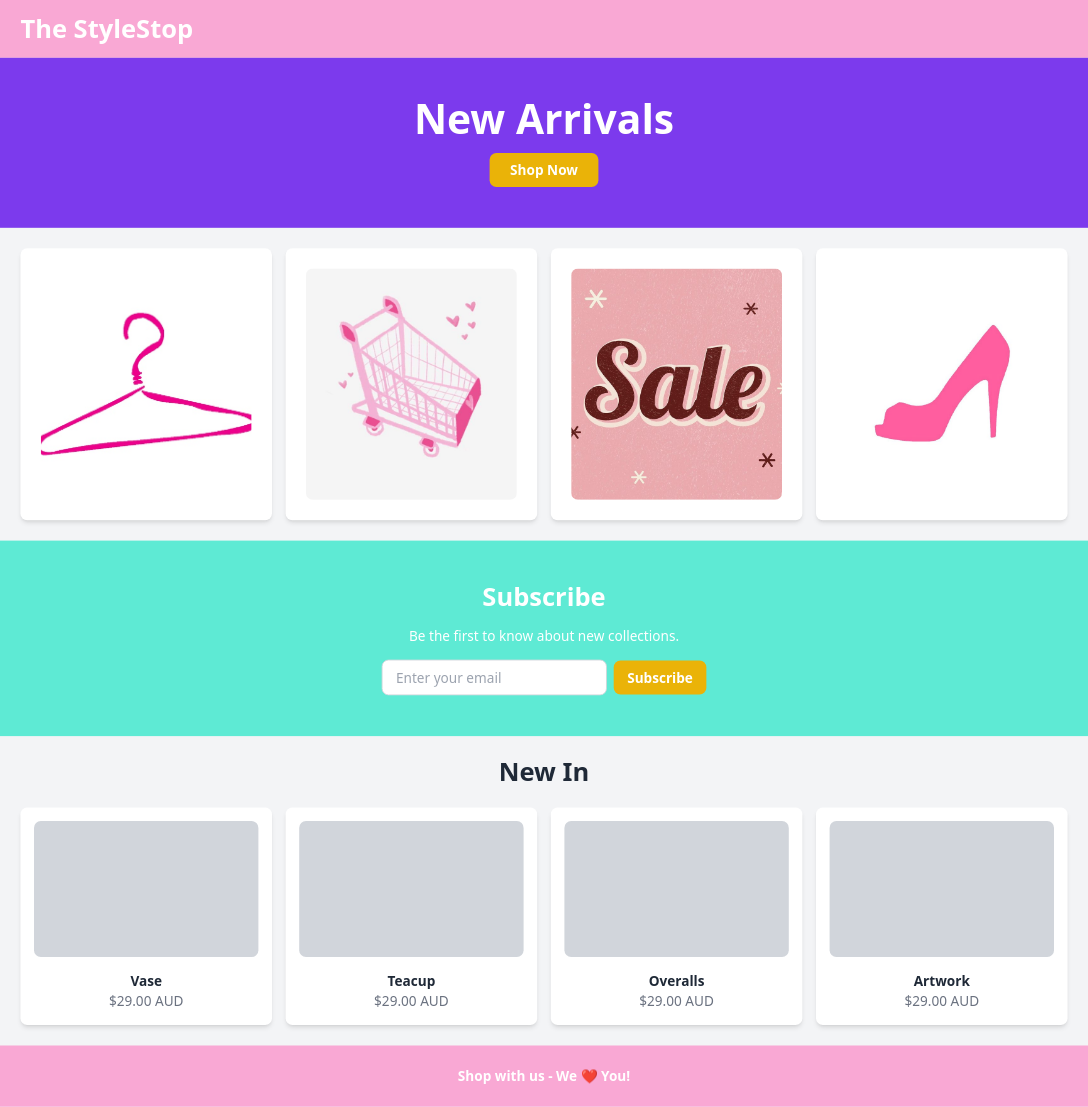
Repository: prathyushaa5/BuyYours
Page: / (app in Frontend/)
An editor plug-in stored every save of this project. The page is shown before and after the next save, followed by the edit.
The browser window is 1280 px wide. The pictures show the whole page, at 85% of full size.
The project was rebuilt for these pictures with package versions that can differ from the ones it lists, and the page was loaded fresh each time. Also part of the build but not shown: Frontend/vite.config.js, Frontend/src/components/Login.jsx, Frontend/src/components/Signup.jsx, Frontend/src/components/Home.jsx.

Above is the page before, as saved 2025-02-13 17:42:07.

After the next save:
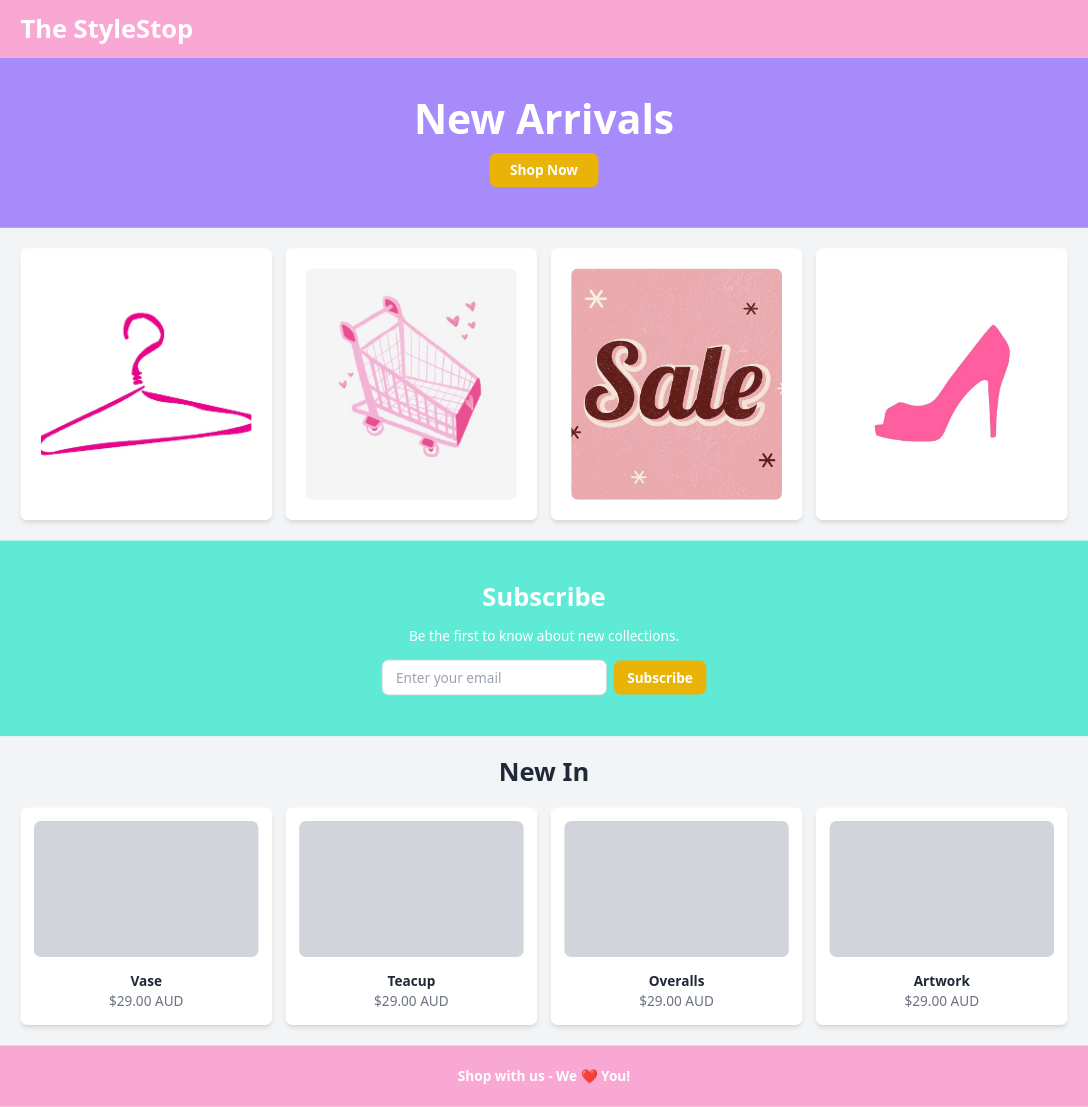
Saved 5 s later.
--- a/Frontend/src/components/Main.jsx
+++ b/Frontend/src/components/Main.jsx
@@ -13,7 +13,7 @@ export default function MainPage() {
       </nav>
 
       {/* Hero Section */}
-      <section className="flex flex-col items-center text-center py-12 bg-violet-600">
+      <section className="flex flex-col items-center text-center py-12 bg-violet-400">
         <h2 className="text-5xl font-extrabold text-white mb-4">New Arrivals</h2>
         <button className="bg-yellow-500 px-6 py-2 text-white font-bold rounded-lg hover:bg-yellow-600" onClick={()=>navigate("/login")}>Shop Now</button>
       </section>
